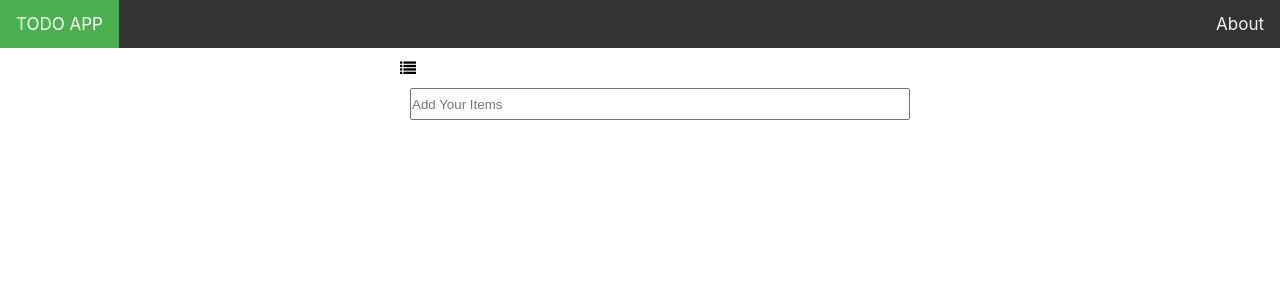
Repository: hoangphuong965/myTodoList
Page: /
The author's editor kept a copy of each file at every save. The page is drawn from the files as they stood at one save, then again after the next save.
The browser window is 1280 px wide. The pictures show the whole page.
The project was rebuilt for these pictures with package versions that can differ from the ones it lists, and the page was loaded fresh each time.

Above is the page before, as saved 2020-06-01 09:39:41.

After the next save:
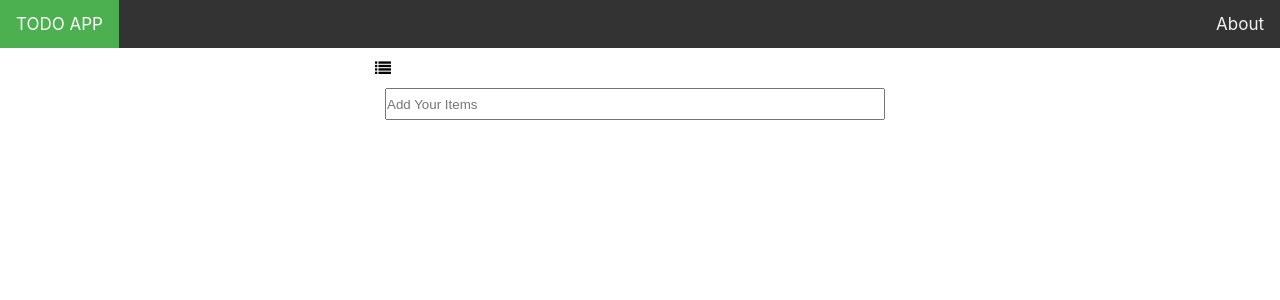
Saved 19 s later.
--- a/src/components/todo.css
+++ b/src/components/todo.css
@@ -6,7 +6,7 @@
 
 .container{
     margin: 0 auto;
-    width: 500px;
+    width: 550px;
 }
 
 .input{
